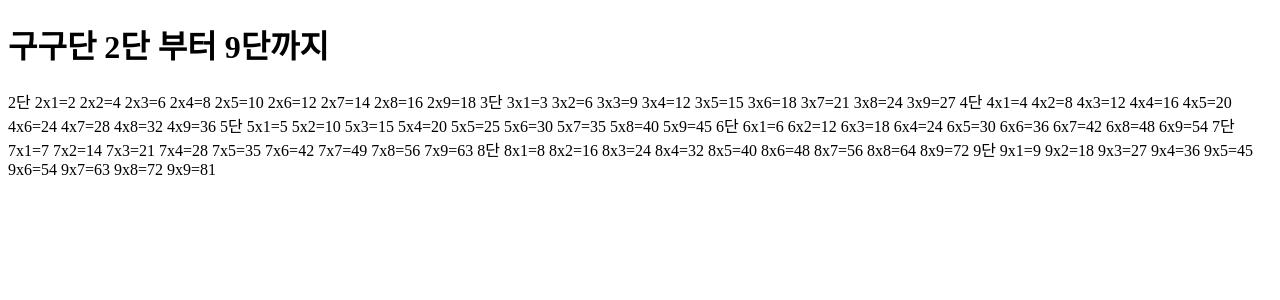
Repository: hyeongu135-ui/Jsp2026
Page: http://localhost/chapter01/test02.jsp
An editor plug-in stored every save of this project. The page is shown before and after the next save, followed by the edit.
The browser window is 1280 px wide. The pictures show the whole page.
The page is served by Tomcat 9.

Above is the page before, as saved 2026-10-16 04:20:57.

### chapter01/src/main/webapp/test02.jsp
<%@ page language="java" contentType="text/html; charset=UTF-8"
	pageEncoding="UTF-8" import="java.util.*"%>
<!DOCTYPE html>
<html>
<head>
<meta charset="UTF-8">
<title>Insert title here</title>
</head>
<body>
	<h1>구구단 2단 부터 9단까지</h1>
	<table>
		<tr>
			<%
			for (int i = 2; i < 10; i++) {
			%>
			<%=
			i + "단"
			%>




		<%
		for (int j = 1; j < 10; j++) {
			int sum = (i * j);
		%>

			<%=i + "x" + j + "=" + sum%>
		<%
		}
		%></tr>
		<%
		}
		%>
	</table>
</body>
</html>

After the next save:
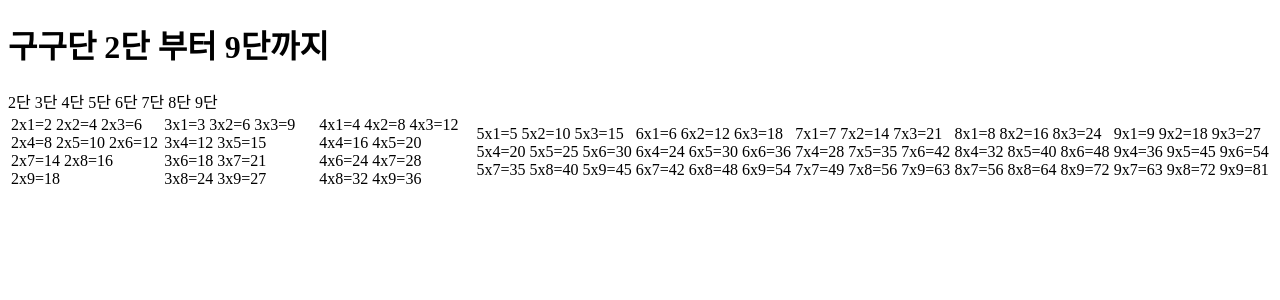
Saved 51 s later.
--- a/chapter01/src/main/webapp/test02.jsp
+++ b/chapter01/src/main/webapp/test02.jsp
@@ -16,6 +16,7 @@
 			<%=
 			i + "단"
 			%>
+			<td>
 
 
 
@@ -28,10 +29,11 @@
 			<%=i + "x" + j + "=" + sum%>
 		<%
 		}
-		%></tr>
+		%></td>
 		<%
 		}
 		%>
+		</tr>
 	</table>
 </body>
 </html>
